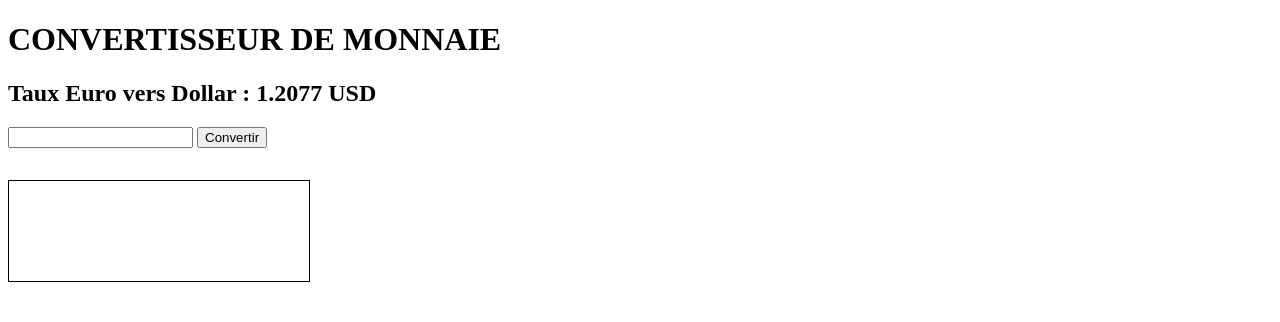
Repository: techmindconsulting/wordshiop-js
Page: index.html
An editor plug-in stored every save of this project. The page is shown before and after the next save, followed by the edit.
The browser window is 1280 px wide. The pictures show the whole page.

Above is the page before, as saved 2021-01-17 13:04:51.

### index.html
<!DOCTYPE html>
<html lang="en">
<head>
    <meta charset="UTF-8">
    <meta name="viewport" content="width=device-width, initial-scale=1.0">
    <title>Convertisseur</title>
    <script src="conversion.js"></script>
    <style>
        p {
            border: 1px solid black;
            width: 300px;
            height: 100px;
            font-size: 2rem;
        }
    </style>
</head>
<body>
    <h1>CONVERTISSEUR DE MONNAIE</h1>
    <h2>Taux Euro vers Dollar : 1.2077 USD</h2>
    <input type="text" id="amount">
    <input type="button" value="Convertir" onClick=convertir()>
    <p id="resultat"></p>
</body>
</html>

### conversion.js
function convertir() {
    const CURRENCY = 1.2077;
    let resultat;
    let amount = document.getElementById('amount').value;
    resultat = amount * CURRENCY;

    document.getElementById('resultat').innerText = resultat + ' $';

}

After the next save:
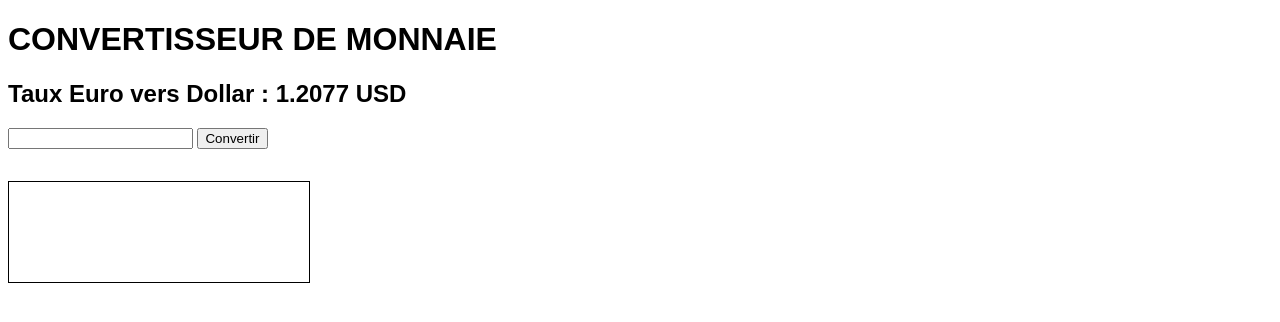
Saved 8 s later.
--- a/index.html
+++ b/index.html
@@ -6,6 +6,9 @@
     <title>Convertisseur</title>
     <script src="conversion.js"></script>
     <style>
+        html {
+            font-family: sans-serif;
+        }
         p {
             border: 1px solid black;
             width: 300px;
